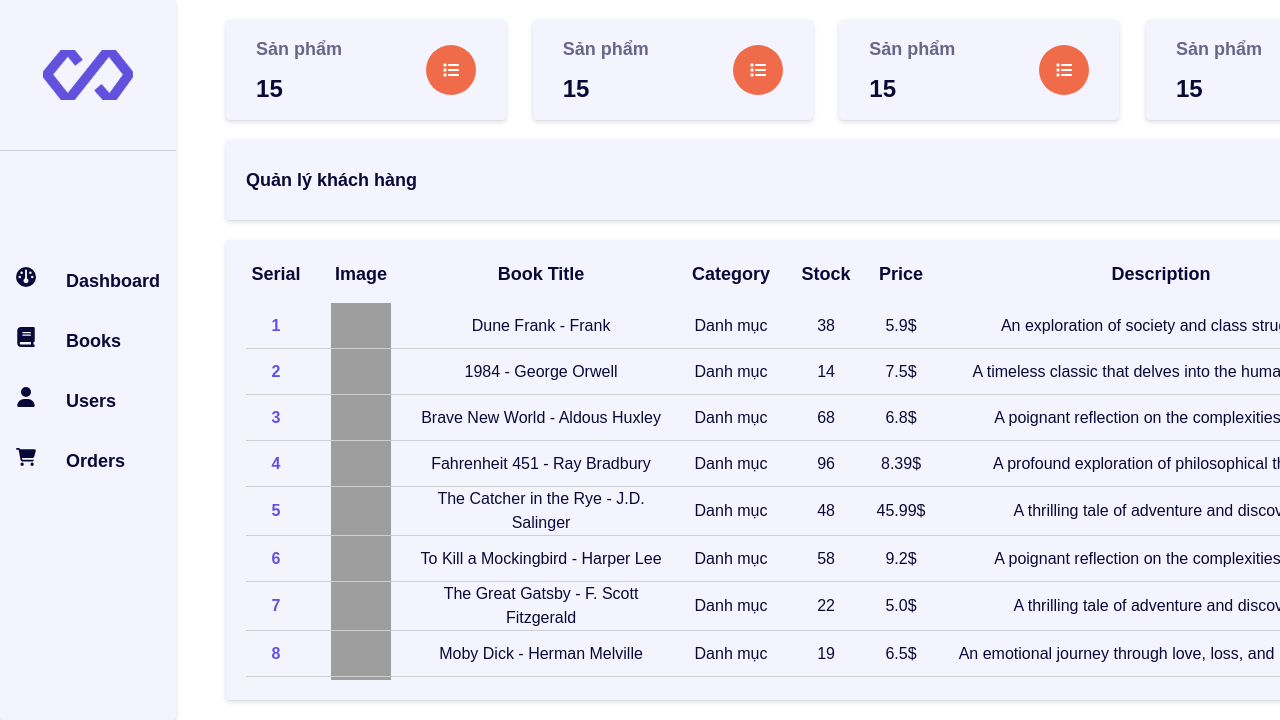
Repository: kauittt/BookStore_FE
Page: / (app in book-store/)
The author's editor kept a copy of each file at every save. The page is drawn from the files as they stood at one save, then again after the next save.
The browser window is 1280 px wide. The pictures show the whole page.
Pictures or frames that could not be fetched are drawn as grey boxes. An inner scrolling area shows only its first screen. The project was rebuilt for these pictures with package versions that can differ from the ones it lists, and the page was loaded fresh each time. Also part of the build but not shown: book-store/vite.config.js, book-store/src/components/elements/FormInput.jsx, book-store/src/components/login-signup/Login.jsx, book-store/src/components/book/BookItem.jsx, book-store/src/components/book/BookList.jsx, book-store/src/components/elements/BackNavigation.jsx, book-store/src/components/book/BookDetail.jsx, book-store/src/components/cart/QuantitySelector.jsx and 4 more.

Above is the page before, as saved 2024-07-20 12:34:52.

After the next save:
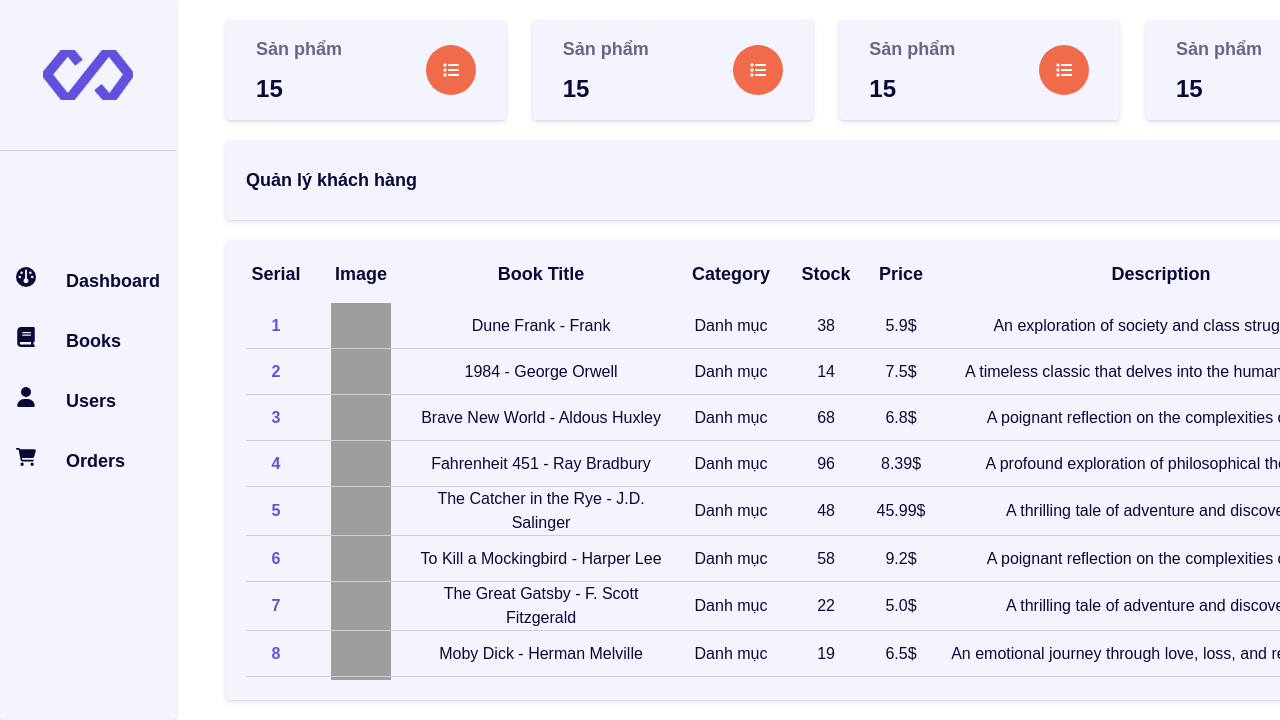
Saved 26 s later.
--- a/book-store/src/components/admin/ManageItem.jsx
+++ b/book-store/src/components/admin/ManageItem.jsx
@@ -53,13 +53,16 @@ const ManageItem = (props) => {
             <p className={`${props.category[6].style} relative`}>
                 {props.data.description}
             </p>
-            {/* <FontAwesomeIcon
-                className="absolute right-[-40px] p-[10px] rounded cursor-pointer
+
+            <div>
+                <FontAwesomeIcon
+                    className="absolute right-[-40px] p-[10px] rounded cursor-pointer
                 text-bgr-color
                 transition-all duration-200 ease-in-out
                 hover:bg-bgr-color hover:text-text-white  "
-                icon={faPen}
-            /> */}
+                    icon={faPen}
+                />
+            </div>
         </div>
     );
 };
